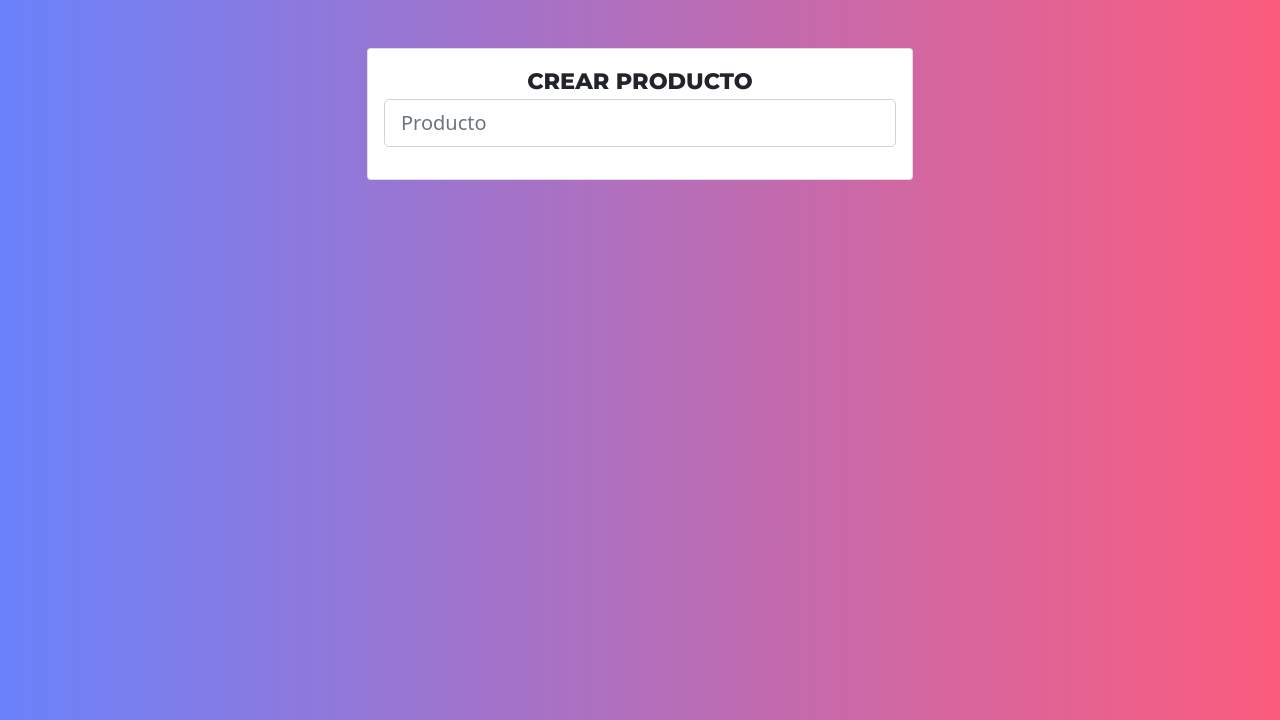
Repository: vivianaleivagalvez/crud_angular
Page: /crear-producto
The author's editor kept a copy of each file at every save. The page is drawn from the files as they stood at one save, then again after the next save.
The browser window is 1280 px wide. The pictures show the whole page.
The project was rebuilt for these pictures with package versions that can differ from the ones it lists, and the page was loaded fresh each time. Also part of the build but not shown: angular.json, src/app/components/listar-productos/listar-productos.component.ts.

Above is the page before, as saved 2022-01-27 09:58:20.

### src/index.html
<!doctype html>
<html lang="en">
<head>
  <meta charset="utf-8">
  <title>Cliente</title>
  <base href="/">

  <meta name="viewport" content="width=device-width, initial-scale=1">
  <link rel="icon" type="image/x-icon" href="favicon.ico">
  <link rel="stylesheet" href="https://cdnjs.cloudflare.com/ajax/libs/font-awesome/6.0.0-beta3/css/all.min.css">
  <link rel="preconnect" href="https://fonts.googleapis.com">
<link rel="preconnect" href="https://fonts.gstatic.com" crossorigin>
<link href="https://fonts.googleapis.com/css2?family=Montserrat:wght@800&display=swap" rel="stylesheet">
</head>
<body>
  <app-root></app-root>
</body>
</html>

### src/styles.css
/* You can add global styles to this file, and also import other style files */
body{
  background: #FC5C7D;  /* fallback for old browsers */
  background: -webkit-linear-gradient(to right, #6A82FB, #FC5C7D);  /* Chrome 10-25, Safari 5.1-6 */
  background: linear-gradient(to right, #6A82FB, #FC5C7D); /* W3C, IE 10+/ Edge, Firefox 16+, Chrome 26+, Opera 12+, Safari 7+ */
}

.titulo{
  font-size: 1.4rem;
  font-family: 'Montserrat', sans-serif;
}

### src/app/app.module.ts
import { BrowserModule } from '@angular/platform-browser';
import { NgModule } from '@angular/core';

import { AppComponent } from './app.component';
import { CrearProductoComponent } from './components/crear-producto/crear-producto.component';
import { ListarProductosComponent } from './components/listar-productos/listar-productos.component';
import { AppRoutingModule } from './app-routing.module';

@NgModule({
  declarations: [
    AppComponent,
    CrearProductoComponent,
    ListarProductosComponent
  ],
  imports: [
    BrowserModule,
    AppRoutingModule
  ],
  providers: [],
  bootstrap: [AppComponent]
})
export class AppModule { }

### src/app/components/crear-producto/crear-producto.component.ts
import { Component, OnInit } from '@angular/core';

@Component({
  selector: 'app-crear-producto',
  templateUrl: './crear-producto.component.html',
  styleUrls: ['./crear-producto.component.css']
})
export class CrearProductoComponent implements OnInit {

  constructor() { }

  ngOnInit() {
  }

}

### src/app/app-routing.module.ts
import { ListarProductosComponent } from './components/listar-productos/listar-productos.component';
import { CrearProductoComponent } from './components/crear-producto/crear-producto.component';
import { NgModule } from '@angular/core';
import { RouterModule, Routes } from '@angular/router';

const routes: Routes = [
  { path: '', component: ListarProductosComponent },
  { path: 'crear-producto', component: CrearProductoComponent },
  { path: 'editar-producto/:id', component: CrearProductoComponent },
  { path: '**', redirectTo: '', pathMatch: 'full' }
];

@NgModule({
  imports: [RouterModule.forRoot(routes)],
  exports: [RouterModule]
})
export class AppRoutingModule { }

### src/app/components/crear-producto/crear-producto.component.html
<div class="container mt-5">
  <div class="row">
    <div class="col-lg-6 offset-lg-3">
      <div class="card">
        <div class="card-body text-center">
          <span class="titulo">CREAR PRODUCTO</span>
          <form></form>
            <div class="mb-3">
              <input type="text" class="form-control form-control-lg" placeholder="Producto">
            </div>
        </div>
      </div>
    </div>
  </div>
</div>

Loaded but not shown: src/main.ts (common file); src/environments/environment.ts (common file); src/app/app.component.ts (common file); src/app/app.component.html (common file); src/app/app.component.css (no stored copy; drawn as an empty file); src/app/components/crear-producto/crear-producto.component.css (no stored copy; drawn as an empty file)

After the next save:
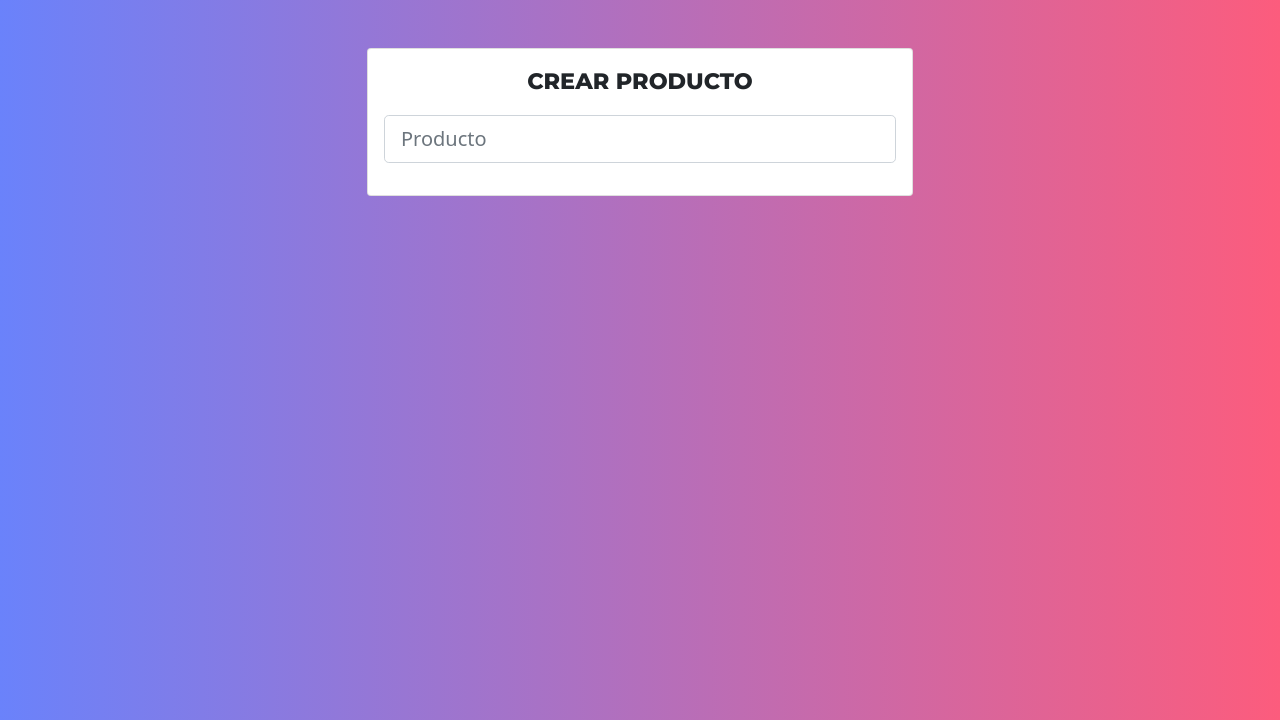
Saved 21 s later.
--- a/src/app/components/crear-producto/crear-producto.component.html
+++ b/src/app/components/crear-producto/crear-producto.component.html
@@ -4,10 +4,11 @@
       <div class="card">
         <div class="card-body text-center">
           <span class="titulo">CREAR PRODUCTO</span>
-          <form></form>
+          <form class="mt-3">
             <div class="mb-3">
               <input type="text" class="form-control form-control-lg" placeholder="Producto">
             </div>
+          </form>
         </div>
       </div>
     </div>
